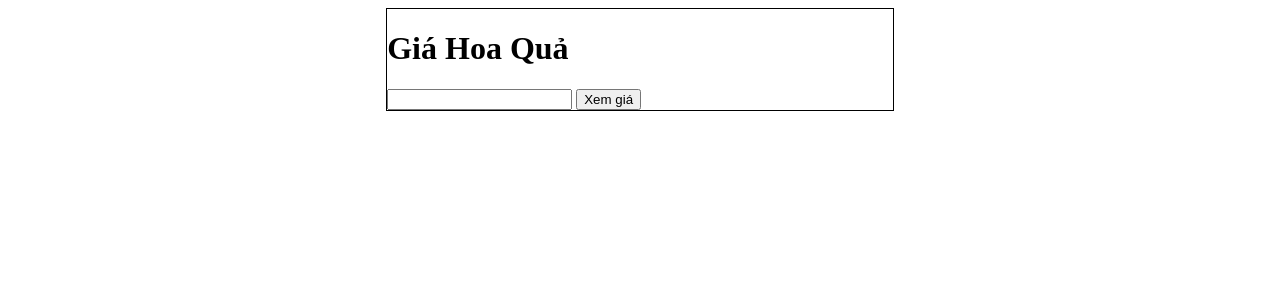
Repository: tungts3qb/BTCodeGym
Page: giahoaqua.html
An editor plug-in stored every save of this project. The page is shown before and after the next save, followed by the edit.
The browser window is 1280 px wide. The pictures show the whole page.

Above is the page before, as saved 2023-01-04 11:00:27.

After the next save:
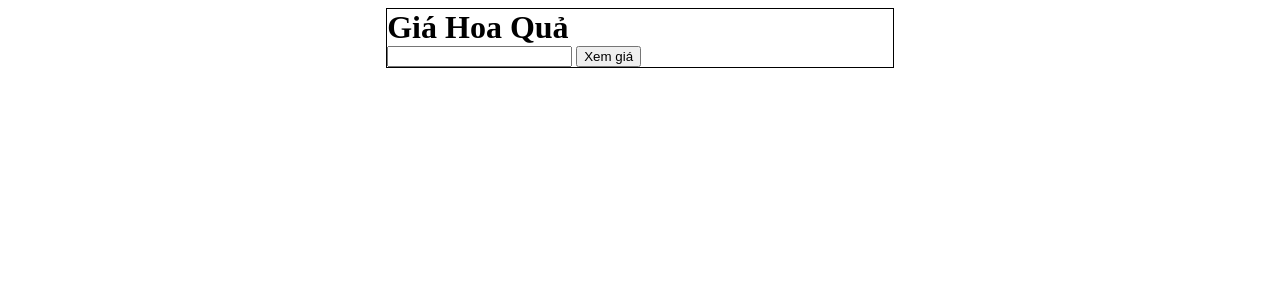
Saved 36 s later.
--- a/giahoaqua.html
+++ b/giahoaqua.html
@@ -13,6 +13,10 @@
         max-width: 40%;
         margin: 0 auto;
       }
+
+      h1 {
+        margin: 0;
+      }
     </style>
     <div class="check-fruit-form">
       <h1>Giá Hoa Quả</h1>
